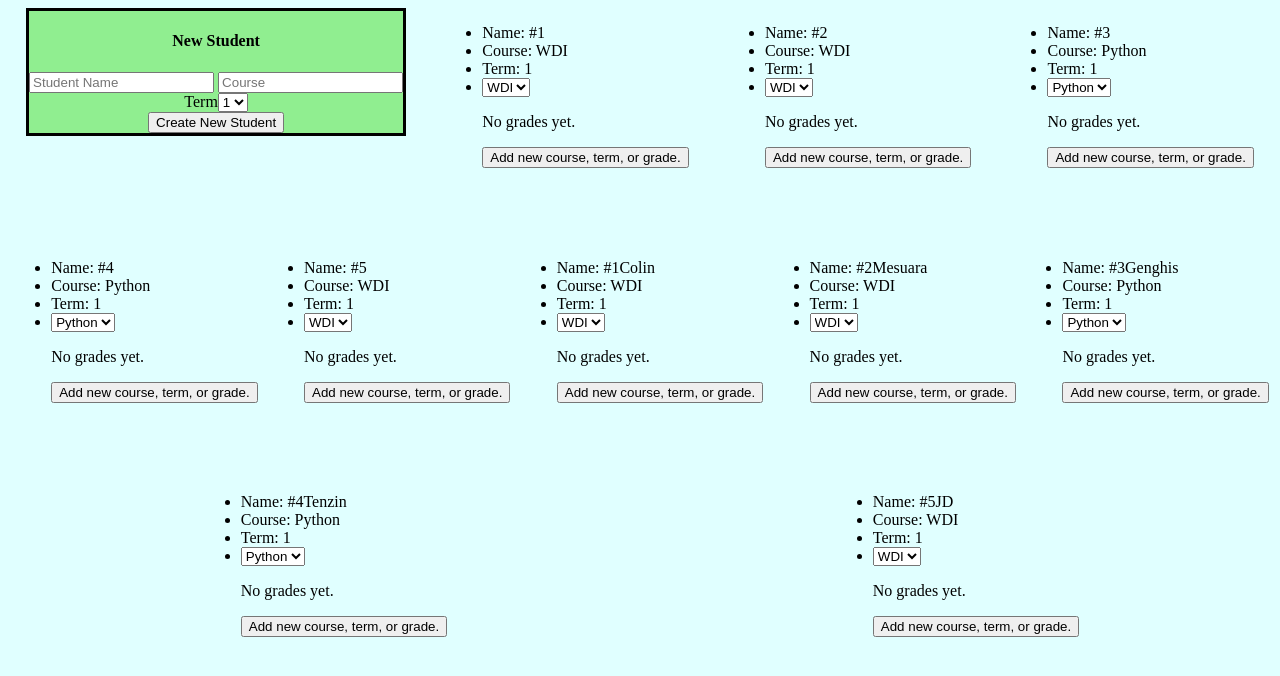
Repository: EdmontDantes/graderaide-ui
Page: index.html
These files come from the project's save history. The page is drawn as it stood at one moment and after the next save; the edit follows.
The browser window is 1280 px wide. The pictures show the whole page.

Above is the page before, as saved 2020-04-21 14:49:16.

After the next save:
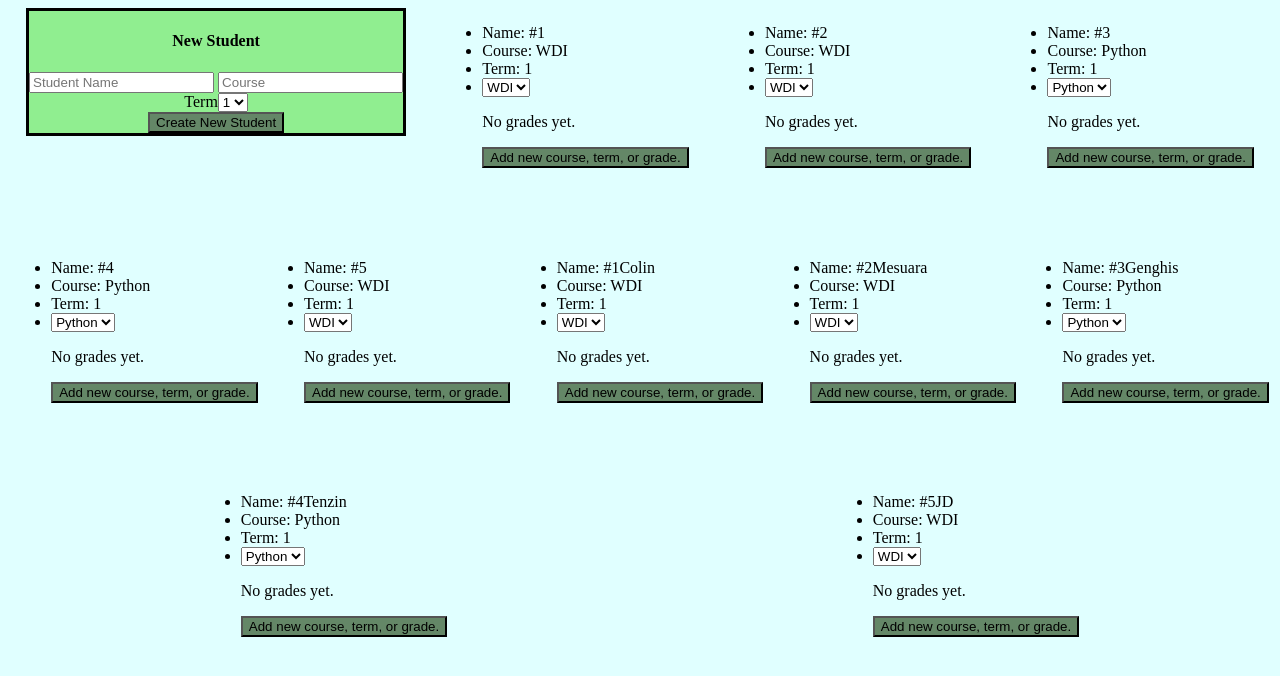
Saved 11 s later.
--- a/style.css
+++ b/style.css
@@ -39,5 +39,5 @@ body {
 
 }
 button {
-    background-color: Russian green ;
+    background-color: #648767 ;
 }
